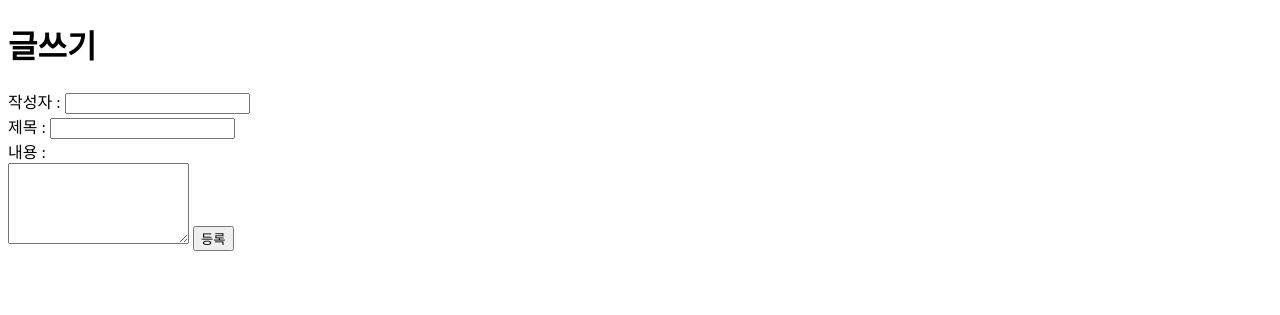
Repository: sanghshlsh/workspace_jsp
Page: http://localhost/Board2/reply.jsp
These files come from the project's save history. The page is drawn as it stood at one moment and after the next save; the edit follows.
The browser window is 1280 px wide. The pictures show the whole page.
The page is served by Tomcat 9. Other server files are loaded and not shown.

Above is the page before, as saved 2020-06-08 05:42:35.

### Board2/WebContent/reply.jsp
<%@ page language="java" contentType="text/html; charset=UTF-8"
    pageEncoding="UTF-8"%>
<%@ taglib uri="http://java.sun.com/jsp/jstl/core" prefix="c"%>
<%@ taglib uri="http://java.sun.com/jsp/jstl/fmt" prefix="fmt" %>
<%@ taglib uri="http://java.sun.com/jsp/jstl/functions" prefix="fn" %>

<!DOCTYPE html>
<html>
<head>
<meta charset="UTF-8">
<title>Insert title here</title>
</head>
<body>
	<h1> 글쓰기	</h1>

	<form action="reply.do" method="post">
	작성자 : <input name="writer"><br>
	제목 : <input name="title"><br>
	내용 : <br>
	<textarea rows="5" name="content"></textarea>
	<input type="submit" value="등록">
	</form>

</body>
</html>

After the next save:
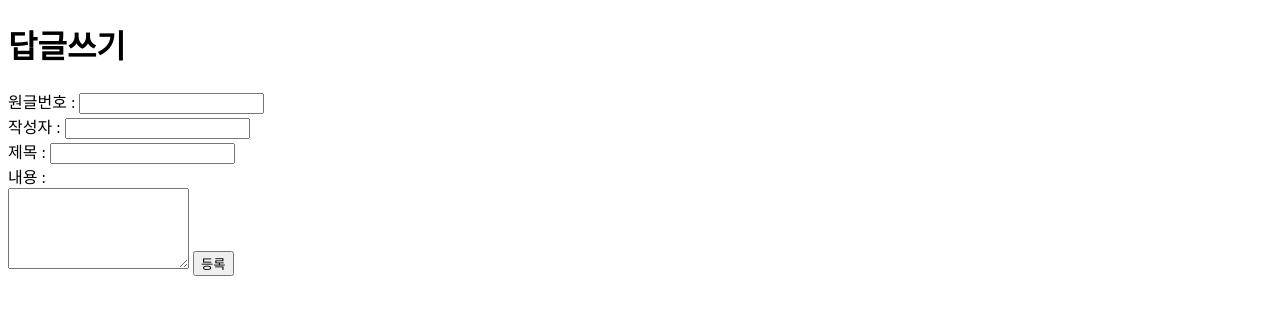
Saved 87 s later.
--- a/Board2/WebContent/reply.jsp
+++ b/Board2/WebContent/reply.jsp
@@ -11,9 +11,11 @@
 <title>Insert title here</title>
 </head>
 <body>
-	<h1> 글쓰기	</h1>
+	<h1> 답글쓰기	</h1>
 
 	<form action="reply.do" method="post">
+	원글번호 : <input name="num" value="${param.num }" readonly>
+	<br>
 	작성자 : <input name="writer"><br>
 	제목 : <input name="title"><br>
 	내용 : <br>
